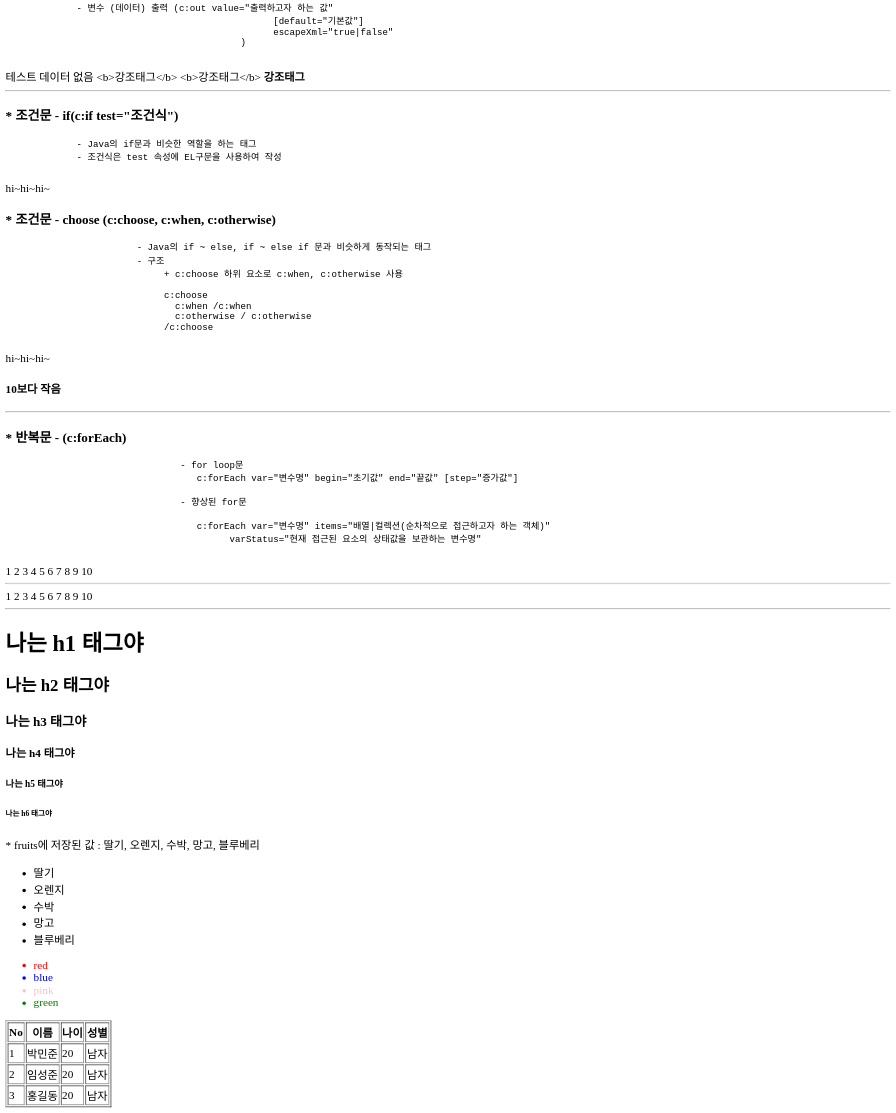
Repository: kkh1396/kh_front
Page: http://localhost/2_jsp/views/4_CustomAction/2_core.jsp
These files come from the project's save history. The page is drawn as it stood at one moment and after a run of saves; the edit follows.
The browser window is 1280 px wide. The pictures show the part of the page from y = 714 to 2634 px (the page is 2304 px tall before and 2634 px after), at 70% of full size.
The page is served by Tomcat 9. Nobody is signed in. The application's start-up code is not run. Other server files are loaded and not shown.

Above is the page before, as saved 2025-03-21 06:08:19.

### 05_server/2_jsp/src/main/webapp/views/4_CustomAction/2_core.jsp
<%@ page language="java" contentType="text/html; charset=UTF-8"
    pageEncoding="UTF-8"%>
<%@ taglib prefix="c" uri="http://java.sun.com/jsp/jstl/core" %>
<%@ page import="java.util.ArrayList, model.vo.Student" %>

<!DOCTYPE html>
<html>
<head>
<meta charset="UTF-8">
<title>JSTL - core</title>
</head>
<body>
	 <h1>JSTL Core Library</h1>

	 <h3>* 변수</h3>
	 <pre>
	   	- 변수 선언과 동시에 초기화 (c:set var="변수명" value="값" [scope="저장객체"])

	   	+ 해당 변수의 저장된 값을 어떤 scope에 setAttribute를 통해서 담아둘 지 결정
	   	+ 변수 선언하고 초기화까지의 기능을 제공
	   	 => c:set 으로 선언한 변수는 반드시 EL로 접근해야 함!
	 </pre>


	 <!-- num1 이라는 변수에 10이라는 값을 저장  -->
	 <c:set var="num1" value="10"/>

	 <%-- request 영역에 num2라는 변수에 20이라는 값ㅇ르 저장 --%>
	 <c:set var="num2" value="20" scope="request"/>

	 <p> num1 : ${ num1 } </p>
	 <p> num2 : ${ num2 } </p>


	 <%-- num1 num2의 합을 addNum이라는 변수에 저장(session 영역) --%>
	 <c:set var="addNum" value= '${ num1 +num2 }' scope="session"/>
	 <p> addNum : ${ addNum } </p>

	 <c:set var="temp">
	    9999
	 </c:set>

	 <%-- value 속성 대신, 시작태그와 종료태그 사이에 초기값을 지정할 수 있음 --%>

	 <p> temp : ${ temp } </p>

	 <pre>
	     - 변수 삭제 : (c:remove var"삭제할 변수명" [scope="삭제하고자하는 영역"])

	          + 해당 scope영역에 저장되어 있는 변수를 찾아 제거하는 태그
	            => .removeAttribute() 를 사용하여 제거하는 걱과 동일하게 처리됨
	          + scope 속성을 생략했을 경우 모든 영역에서 해당 변수의 값이 제거됨
	 </pre>

	 <%-- session 영역의 addNum 변수 삭제 --%>
	 <p> addNum : ${ addNum }</p>
	 <c:remove var="addNum" scope="session"/>

	 <p> 제거 후 addNum : ${ addNum }</p>


	 <c:set var="temp" value="1111" />
	 <c:set var="temp" value="2222" scope="request"/>

	 <p> page scope에 저장된 temp : ${ temp }</p>
	 <p> request scope 에 저장된 temp : ${ requestScope.temp }</p>


	 <c:remove var="temp" />

	 <p> temp 제거 후 결과 : ${ temp } , ${ requestScope.temp }

	 <pre>
	     - 변수 (데이터) 출력 (c:out value="출력하고자 하는 값"
	     					 [default="기본값"]
	     					 escapeXml="true|false"
	     				   )
	 </pre>

	 <c:out value="테스트" />

	 <%-- addNum 변수의 값을 출력 --%>
	 <c:out value="${ addnum }"/>
	 <c:out value="${ addnum }" default="데이터 없음"/>

	 <%-- outData 라는 변수에 '<b>강조태그</b>' 값을 저장 --%>
	 <c:set var="outData" value="<b>강조태그</b>" />
	 <c:out value="${ outData }" />
	 <c:out value="${ outData }" escapeXml="true"/>
	 <%-- escapeXml 속성의 기본값은 true, 태그를 해석하지 않음 --%>
	 <c:out value="${ outData }" escapeXml="false"/>

	 <hr>

	 <h3>* 조건문 - if(c:if test="조건식") </h3>
	 <pre>
	     - Java의 if문과 비슷한 역할을 하는 태그
	     - 조건식은 test 속성에 EL구문을 사용하여 작성
	 </pre>


	 <%-- num1이 num2보다 큰가? --%>
	 <%-- * JSTL로 선언된 변수는 접근 불가! (EL로만 접근 가능)
	 <% if (num1 > num2) {%>
	 <% } %>
	 --%>

	 <c:if test="${ num1 > num2 }">
	  		num1이 num2보다 큽니다.
	 </c:if>

	 <c:if test="${ num lt num2 }">
	        num1이 num2보다 작습니다.
	 </c:if>

	 <c:set var='hi' value="안녕"/>
	 <%--
	 		hi 변수에 저장된 값이 "안녕"일 경우 hi~hi~hi~ 출력
	 		      			  "안녕"이 아닐경우 by~by~by~ 출력
	  --%>

	  <c:if test="${ hi == '안녕' }">
	         hi~hi~hi~
	  </c:if>
	 <c:if test="${ hi != '안녕' }">
	         by~by~by
	  </c:if>

	  <br>

	  <h3> * 조건문 - choose (c:choose, c:when, c:otherwise) </h3>
	  <pre>
			- Java의 if ~ else, if ~ else if 문과 비슷하게 동작되는 태그
			- 구조
			     + c:choose 하위 요소로 c:when, c:otherwise 사용

			     c:choose
			       c:when /c:when
			       c:otherwise / c:otherwise
			     /c:choose
	  </pre>

	  	<%--
	 		hi 변수에 저장된 값이 "안녕"일 경우 hi~hi~hi~ 출력
	 		      			  "안녕"이 아닐경우 by~by~by~ 출력
	  	--%>

	  	<c:choose>
	  	   <c:when test="${ hi == '안녕'}">
	  	       hi~hi~hi~
	  	   </c:when>
	  	   <c:otherwise>
	  	     	by~by~by~
	  	   </c:otherwise>
	  	</c:choose>


	   <%--
	    	   num1의 값이 20보다 크면 "20보다 큼"
	    	    		, 10보다 크거나 같으면 "10보다 크거나 같음"
	    	    		, 그렇지 않으면 "10보다 작음"출력
	     --%>

	   <c:choose>
	      <c:when test="${ num1 >20 }">
	             <h2>20보다 큼</h2>
	      </c:when>
	      <c:when test="${ num ge 10 }">
	      		<h3> 10보다 큼</h2>
	      </c:when>
	       <c:otherwise>
	           <h4>10보다 작음</h4>
	       </c:otherwise>
	    </c:choose>

	   <hr>


	   <h3>* 반복문 - (c:forEach)</h3>
	   <pre>
	   			- for loop문
	   			   c:forEach var="변수명" begin="초기값" end="끝값" [step="증가값"]

	   			- 향상된 for문

	   			   c:forEach var="변수명" items="배열|컬렉션(순차적으로 접근하고자 하는 객체)"
	   			   	 varStatus="현재 접근된 요소의 상태값을 보관하는 변수명"
	   </pre>
	   <%-- 스크립틀릿을 사용하여 1 ~ 10까지 출력(한줄로) --%>
	   <% for (int i=1; i<=10; i++) { %>
	   			<%= i %>
	   <% } %>

	   <hr>

	   <c:forEach var="i" begin="1" end="10">
	         ${ i }
	   </c:forEach>


	   <hr>
	   <%-- h1 ~ h6 "나는 hx 태그야" --%>

	   <c:forEach var="i" begin="1" end="6">
	         <h${ i }> 나는 h${ i } 태그야 </h${ i }>
	   </c:forEach>

	   <c:set var="fruits">
	      딸기, 오렌지, 수박, 망고, 블루베리
	   </c:set>

	   * fruits에 저장된 값 : ${ fruits }

	   <ul>
	   <c:forEach var="test" items="${ fruits }">
	           <li> ${ test } </li>
	   </c:forEach>
	   </ul>


	   <%--
	   			colors 라는 변수에 4가지 색상을 콤마(,)로 구분하여 저장
	   			목록 태그로 해당 글자를 출력(* 저장된 컬러로 글자색 변경)
	    --%>

	    <%-- colors 변수에 색상 정보를 저장 --%>
	       <c:set var="color">
		      		red,blue,pink,green
	   	   </c:set>

		<%-- 반복문을 사용하여 목록태그에 글자 출력 --%>
		<ul>
		    <c:forEach var="sc" items="${ color }">
		          <li style="color: ${sc}">${ sc }</li>
		    </c:forEach>
	    </ul>

	    <%
	       ArrayList<Student> list = new ArrayList<>();

	       list.add(new Student("박민준", 20, "남자"));
	       list.add(new Student("임성준", 20, "남자"));
	       list.add(new Student("홍길동", 20, "남자"));
	    %>

	    <%-- request.setAttribute("list", list); --%>
	    <c:set var="list" value="<%= list %>" scope="request"/>

	    <table border="1">
	        <thead>
	          <tr>
	             <th>No</th>
	             <th>이름</th>
	             <th>나이</th>
	             <th>성별</th>
	          </tr>
	        </thead>
					<c:choose>
					  	   <c:when test="${ empty list }">
					  	   		<%-- 리스트가 비어있을 경우, "조회된 결과가 없습니다" 출력  --%>
					  	       <tr>
					  	           <td rowspan="4">
					  	          	조회된 결과가 없습니다.
					  	           </td>
					  	       <tr>
					  	   </c:when>

					  	   <c:otherwise>
					  	     	<%-- 리스트가 비어있지 않을경우, 제목셀에 맞춰서 내용 출력  --%>
					  	     	<c:forEach var="s" items="${ list }" varStatus="vs">
					  	     	     <tr>
					  	     	        <%-- <td>${ vs.index }</td> --%>
					  	     	        <%-- index : 0부터 시작 --%>
					  	     	        <td>${ vs.count}</td>
					  	     	        <%-- count : 1부터 시작 --%>
					  	     	        <td>${ s.name }</td>
					  	     	        <td>${ s.age }</td>
					  	     	        <td>${ s.gender }</td>
					  	     	      </tr>
					  	     	</c:forEach>
					  	   </c:otherwise>
					</c:choose>


	        <tbody>

	        </tbody>

	    </table>


</body>
</html>

### 05_server/2_jsp/src/main/java/model/vo/Student.java
package model.vo;

public class Student {

	private String name;
	private int age;
	private String gender;


	// 생성자(기본생성자, 모든필드매개변수로가지는 생성자)
	// getter/setter
	// toString
	public Student() {
		super();
	}

	public Student(String name, int age, String gender) {
		super();
		this.name = name;
		this.age = age;
		this.gender = gender;
	}

	public String getName() {
		return name;
	}

	public void setName(String name) {
		this.name = name;
	}

	public int getAge() {
		return age;
	}

	public void setAge(int age) {
		this.age = age;
	}

	public String getGender() {
		return gender;
	}

	public void setGender(String gender) {
		this.gender = gender;
	}

	@Override
	public String toString() {
		return "Student [name=" + name + ", age=" + age + ", gender=" + gender + "]";
	}



}

After the next 2 saves:
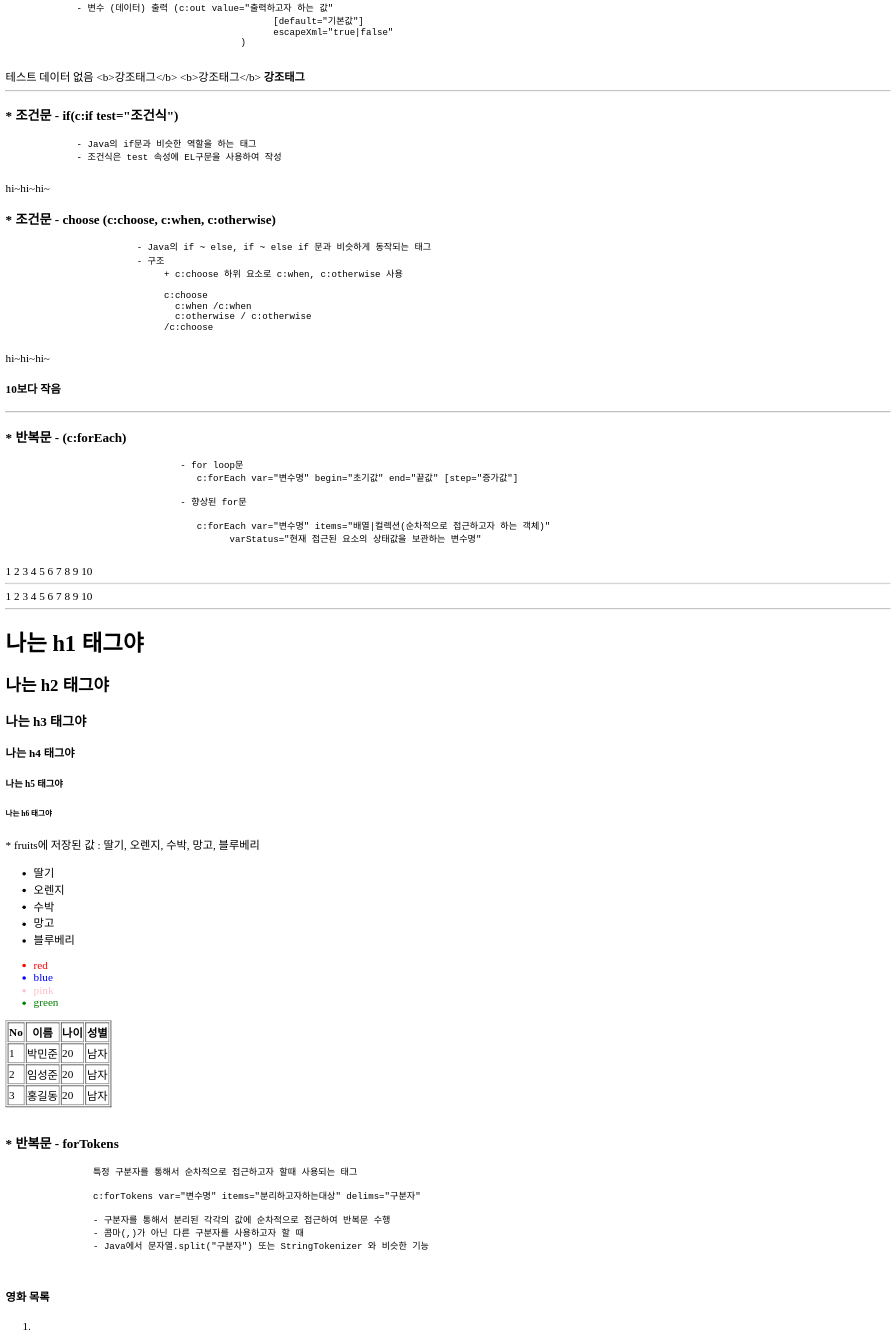
The 2 saves are shown as one change because they came seconds apart.
The last was saved 9 min 28 s later.
--- a/05_server/2_jsp/src/main/webapp/views/4_CustomAction/2_core.jsp
+++ b/05_server/2_jsp/src/main/webapp/views/4_CustomAction/2_core.jsp
@@ -288,6 +288,41 @@
 
 	    </table>
 
+	   <br>
+
+	   <h3>* 반복문 - forTokens </h3>
+	   <pre>
+	        특정 구분자를 통해서 순차적으로 접근하고자 할때 사용되는 태그
+
+	        c:forTokens var="변수명" items="분리하고자하는대상" delims="구분자"
+
+	        - 구분자를 통해서 분리된 각각의 값에 순차적으로 접근하여 반복문 수행
+	        - 콤마(,)가 아닌 다른 구분자를 사용하고자 할 때
+	        - Java에서 문자열.split("구분자") 또는 StringTokenizer 와 비슷한 기능
+
+	   </pre>
+
+	   <%-- movies 라는 변수에 영화를 5개 저장 (구분자: / . , --%>
+
+	   <c:set var="movies" value="아이언맨/토이스토리.파묘,미키17/해리포터"/>
+
+	   <%--
+	   <c:set var="movies" value="아이언맨/토이스토리.파묘,미키17/해리포터">
+	   </c:set
+
+
+	   <c:set var="movies" >
+	          아이언맨/토이스토리.파묘,미키17/해리포터
+	   </c:set>
+	   --%>
+
+
+	   <h4>영화 목록</h4>
+	   <ol>
+	      <c:forEach var="m" items="${ movies }"/>
+	        <li> ${ m } </li>
+
+	   </ol>
 
 </body>
 </html>
